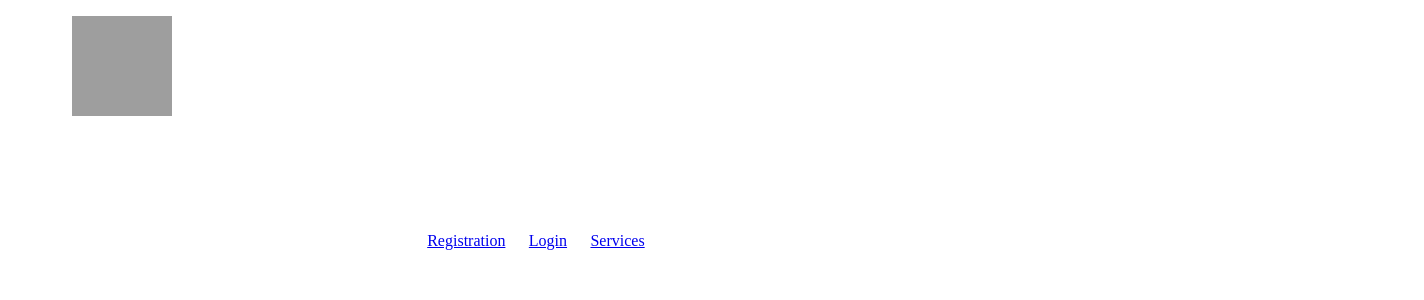
Repository: cb007/cbRepository
Page: http://localhost/SpringMvc/
The author's editor kept a copy of each file at every save. The page is drawn from the files as they stood at one save, then again after the next save.
The browser window is 1280 px wide. The page is 1398 px wide, then 1424 px, so the pictures cover 1424 px, including what lies to the right of the window. The pictures show the whole page.
Pictures or frames that could not be fetched are drawn as grey boxes. The page is served by Tomcat 9. Other server files are loaded and not shown.

Above is the page before, as saved 2017-02-23 12:03:41.

### spring-hibernate/SpringMvc/WebContent/index.jsp
<%@ page language="java" contentType="text/html; charset=ISO-8859-1"
    pageEncoding="ISO-8859-1"%>
<!DOCTYPE html>
<html>
<head>
<meta http-equiv="Content-Type" content="text/html; charset=ISO-8859-1">
<title>Welcome To The World Of Banking</title>
<link type="text/css" rel="stylesheet" href="styles/main.css">
</head>
<body>
<section>
<img src="images/Standard_Chartered.svg">
</section>
<div>
<p>${message}</p>
</div>
<section class="menu">
<ul>
<li><a href="#">Registration</a></li>
<li><a href="#">Login</a></li>
<li><a href="#">Services</a></li>
</ul>
</section>
</body>
</html>

### spring-hibernate/SpringMvc/WebContent/WEB-INF/dispatcher-servlet.xml
<beans xmlns="http://www.springframework.org/schema/beans"
 xmlns:xsi="http://www.w3.org/2001/XMLSchema-instance"
  xmlns:mvc="http://www.springframework.org/schema/mvc"
  xmlns:context="http://www.springframework.org/schema/context"
  xmlns:tx="http://www.springframework.org/schema/tx"
  xsi:schemaLocation="http://www.springframework.org/schema/mvc
   http://www.springframework.org/schema/mvc/spring-mvc-3.0.xsd
        http://www.springframework.org/schema/beans
         http://www.springframework.org/schema/beans/spring-beans.xsd
        http://www.springframework.org/schema/tx
         http://www.springframework.org/schema/tx/spring-tx-3.0.xsd
        http://www.springframework.org/schema/context
         http://www.springframework.org/schema/context/spring-context-3.0.xsd">

 <mvc:annotation-driven/>
 <mvc:resources location="/images/" mapping="/images/**"/>
 <mvc:resources location="/styles/" mapping="/styles/**"/>
 <context:annotation-config></context:annotation-config>
 <context:component-scan base-package="com.scope.banking"></context:component-scan>

 <!-- view resolver /WEB-INF -->
 <bean class="org.springframework.web.servlet.view.InternalResourceViewResolver">
 	<property name="suffix" value=".jsp"></property>
 </bean>

</beans>

### spring-hibernate/SpringMvc/WebContent/styles/main.css
section
{
	width:10%;
	height:50px;
	margin-left: 5%;

	float:left;
}
div
{
	width:80%;
	height:200px;
	margin-left: 15%;

}
p
{
	margin-left: 25%;
}
img
{
	width:100px;
	height:100px;
	margin-left: 1%;
}
.menu
{
	width:80%;
	height:200px;
	margin-left: 30%;
}
ul li
{
	display: inline;
	text-indent: none;
	margin-right: 2%;
}

### spring-hibernate/SpringMvc/src/com/scope/banking/controller/WelcomeController.java
package com.scope.banking.controller;

import org.springframework.stereotype.Controller;
import org.springframework.ui.ModelMap;
import org.springframework.web.bind.annotation.RequestMapping;
import org.springframework.web.bind.annotation.RequestMethod;

@Controller
public class WelcomeController {
	@RequestMapping(value="/welcome", method=RequestMethod.GET)
	public String welcomeMessage(ModelMap model){
		System.out.println("/welcome");
		model.addAttribute("message", "Welcome to Retail Workbench");
		return "index";

	}

	@RequestMapping(value="/product", method=RequestMethod.GET)
	public String happyMessage(ModelMap model){
		System.out.println("/product");
		model.addAttribute("message", "Thanks for applying products");
		return "product";

	}
}

After the next save:
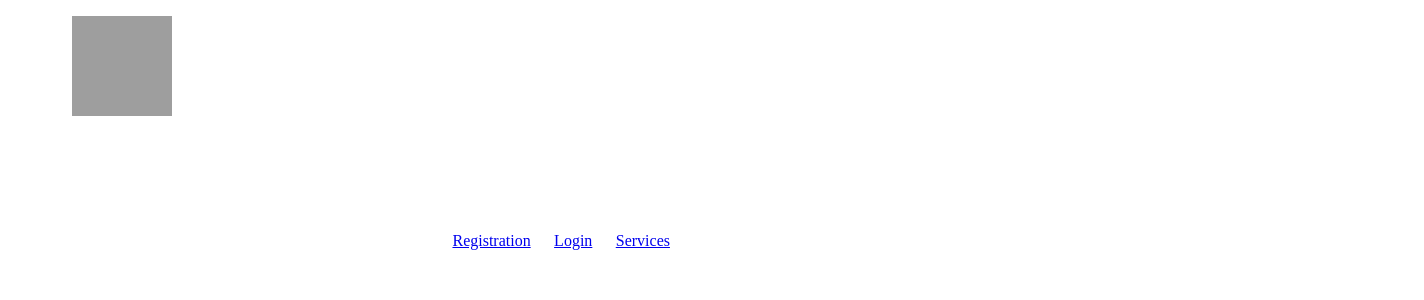
Saved 9 s later.
--- a/spring-hibernate/SpringMvc/WebContent/styles/main.css
+++ b/spring-hibernate/SpringMvc/WebContent/styles/main.css
@@ -27,7 +27,7 @@
 {
 	width:80%;
 	height:200px;
-	margin-left: 30%;
+	margin-left: 32%;
 }
 ul li
 {
